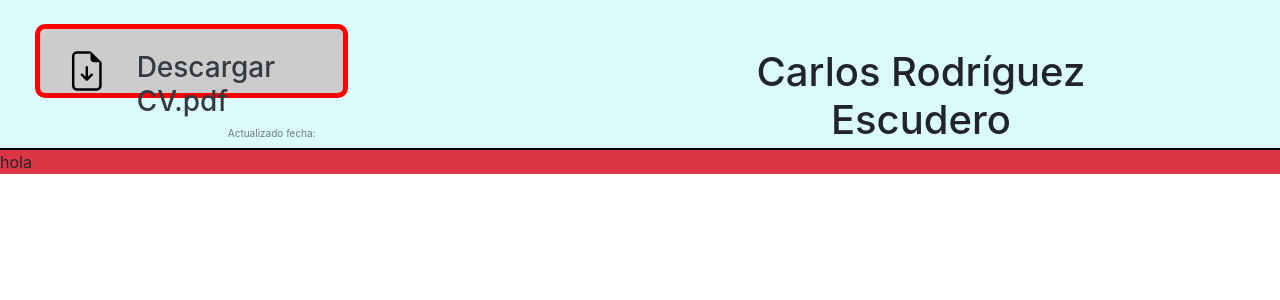
Repository: CarlosRoEs/CarlosWebCV
Page: index.html
An editor plug-in stored every save of this project. The page is shown before and after a run of saves, followed by the edit.
The browser window is 1280 px wide. The pictures show the whole page.
The style sheet was rebuilt from its Sass, Less or Tailwind sources for each picture, by a compiler version that may differ from the author's.

Above is the page before, as saved 2020-09-15 16:14:23.

After the next 2 saves:
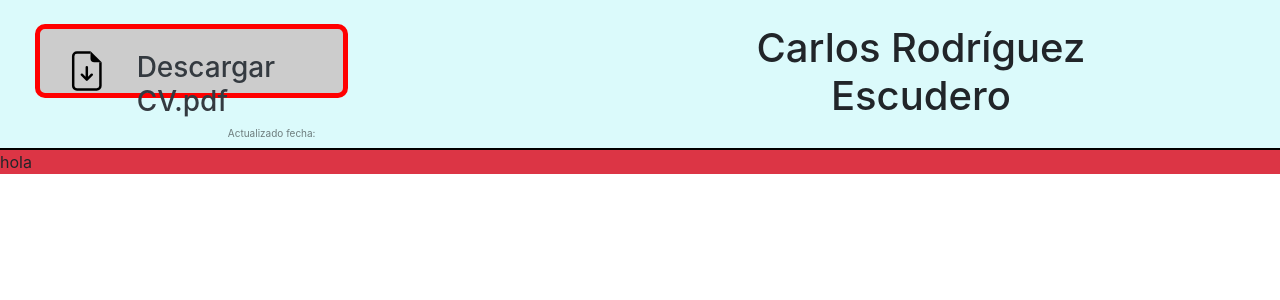
The 2 saves are shown as one change because they came seconds apart.
The last was saved 9 s later.
--- a/index.html
+++ b/index.html
@@ -29,7 +29,7 @@
                     <p class="col-12 text-right text-black-50">Actualizado fecha:</p>
                     </button>
                     <div class="col-8">
-                        <h1 class="mt-5 mr-5 align-items-center">Carlos Rodríguez Escudero</h1>
+                        <h1 class="mt-4 mr-5 align-items-center">Carlos Rodríguez Escudero</h1>
                     </div>
                 </header>
             </div>
